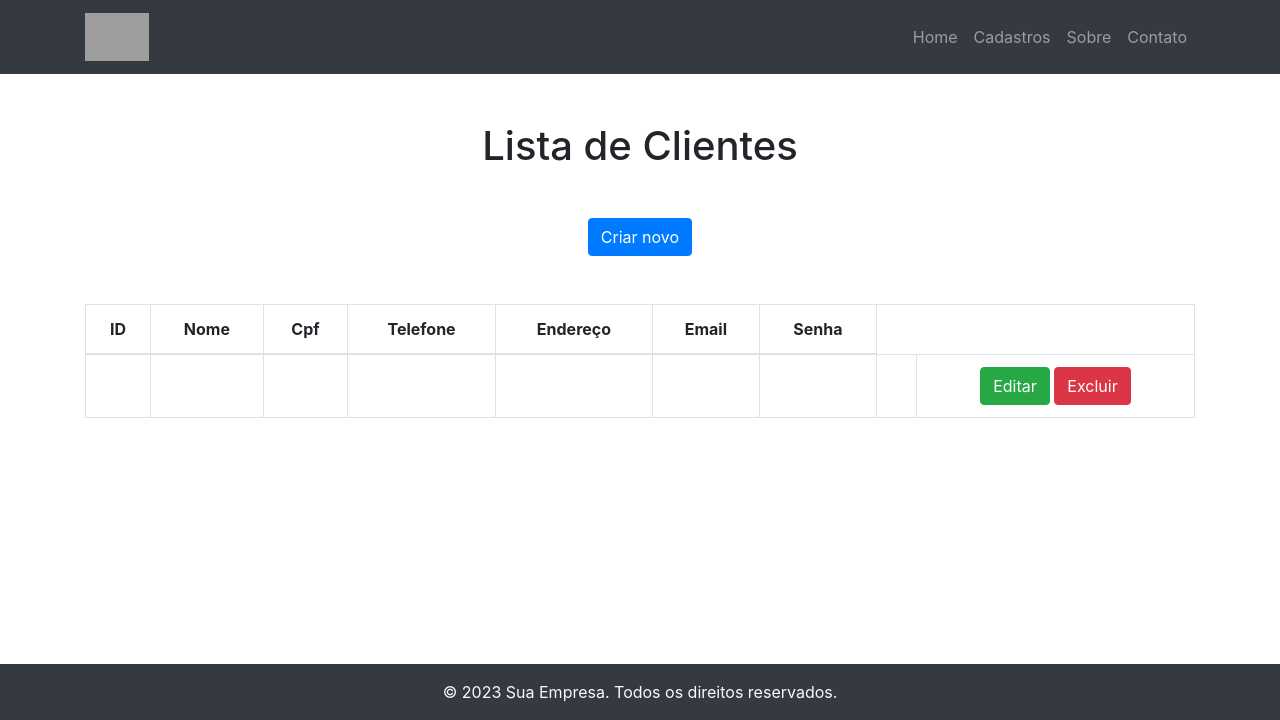
Repository: marcelledssantos/PotterTravel-MVC
Page: http://localhost/PotterTravel-MVC/ReadController
These files come from the project's save history. The page is drawn as it stood at one moment and after the next save; the edit follows.
The browser window is 1280 px wide. The pictures show the whole page.
Pictures or frames that could not be fetched are drawn as grey boxes. Some web libraries are served in a nearby version. The page is served by Tomcat 9. Other server files are loaded and not shown. Queries for data that is not in the repository find no rows.

Above is the page before, as saved 2023-10-31 20:40:45.

### PotterTravel-MVC/src/main/webapp/clientes.jsp
<%@ page language="java" contentType="text/html; charset=UTF-8"
	pageEncoding="UTF-8"%>

	<%@ taglib prefix="c" uri="http://java.sun.com/jsp/jstl/core"%>

<!DOCTYPE html>
<html>
<head>
<meta charset="UTF-8">
<title>Read and Delete</title>
<!-- Inclua o link para o Bootstrap via CDN -->
<link rel="icon" type="image/x-icon" href="./icon/favicon.ico">
<link rel="stylesheet"
	href="https://maxcdn.bootstrapcdn.com/bootstrap/4.5.2/css/bootstrap.min.css">
</head>
<body class="text-center">
    <!-- Cabeçalho -->
    <header>
        <nav class="navbar navbar-expand-lg navbar-dark bg-dark text-light">
            <div class="container">
                <a class="navbar-brand" href="#"><img src="./icon/samurai.png" height="48px"/> </a>
                <button class="navbar-toggler" type="button" data-toggle="collapse" data-target="#navbarNav" aria-controls="navbarNav" aria-expanded="false" aria-label="Toggle navigation">
                    <span class="navbar-toggler-icon"></span>
                </button>
                <div class="collapse navbar-collapse" id="navbarNav">
                    <ul class="navbar-nav ml-auto">
                        <li class="nav-item">
                            <a class="nav-link" href="./index.html">Home</a>
                        </li>
                        <li class="nav-item">
                            <a class="nav-link" href="./ReadController">Cadastros</a>
                        </li>
                        <li class="nav-item">
                            <a class="nav-link" href="#sobre">Sobre</a>
                        </li>
                        <li class="nav-item">
                            <a class="nav-link" href="#contato">Contato</a>
                        </li>
                    </ul>
                </div>
            </div>
        </nav>
    </header>
	<h1 class="mt-5">Lista de Clientes</h1>
	<div class="container mt-5">
	<a href="./Cadastro.jsp" class="btn btn-primary mb-5">Criar novo</a>
		<table class="table table-bordered">
			<thead>
				<tr>
					<th>ID</th>
					<th>Nome</th>
					<th>Cpf</th>
					<th>Telefone</th>
					<th>Endereço</th>
					<th>Email</th>
					<th>Senha</th>
				</tr>
			</thead>
			<tbody>
				<jstl:forEach items="${clientes}" var="cliente">
					<tr>
						<td>${cliente.id}</td>
						<td>${cliente.nome}</td>
						<td>${cliente.cpf}</td>
						<td>${cliente.telefone}</td>
						<td>${cliente.endereco}</td>
						<td>${cliente.email}</td>
						<td>${cliente.senha}</td>
						<td>
							<td>
							<a href="UpdateController?id=${cliente.id}" class="btn btn-success">Editar</a>
							<a href="DeleteController?id=${cliente.id}"
							class="btn btn-danger">Excluir</a>
						</td>
						</td>
					</tr>
				</jstl:forEach>
			</tbody>
		</table>
	</div>
	 <!-- Rodapé -->
    <footer class="bg-dark text-light text-center py-3 fixed-bottom">
        &copy; 2023 Sua Empresa. Todos os direitos reservados.
    </footer>
	<!-- Inclua os scripts do Bootstrap via CDN -->
	<script src="https://code.jquery.com/jquery-3.5.1.slim.min.js"></script>
	<script
		src="https://cdn.jsdelivr.net/npm/@popperjs/core@2.5.3/dist/umd/popper.min.js"></script>
	<script
		src="https://maxcdn.bootstrapcdn.com/bootstrap/4.5.2/js/bootstrap.min.js"></script>

</body>
</html>

### PotterTravel-MVC/src/main/java/controller/ReadController.java
package controller;

import java.io.IOException;
import java.util.ArrayList;
import java.util.List;
import javax.servlet.RequestDispatcher;
import javax.servlet.ServletException;
import javax.servlet.annotation.WebServlet;
import javax.servlet.http.HttpServlet;
import javax.servlet.http.HttpServletRequest;
import javax.servlet.http.HttpServletResponse;

import dao.ClienteDAO;
import model.Cliente;

@WebServlet("/ReadController")
public class ReadController extends HttpServlet {
	private static final long serialVersionUID = 1L;

	@Override
	protected void doGet(HttpServletRequest req, HttpServletResponse resp) throws ServletException, IOException {

		ClienteDAO cDAO = new ClienteDAO();
		List<Cliente> clientes = cDAO.findClientes();
		req.setAttribute("clientes", clientes);

		RequestDispatcher rd = req.getRequestDispatcher("clientes.jsp");
		rd.forward(req, resp);
	}

}

### PotterTravel-MVC/src/main/java/dao/ClienteDAO.java
package dao;

import java.sql.Connection;
import java.sql.PreparedStatement;
import java.sql.ResultSet;
import java.sql.SQLException;
import java.util.ArrayList;
import java.util.List;
import connectionDataBase.ConnectionDataBase;
import model.Cliente;

public class ClienteDAO {

	public void createCliente(Cliente cliente) {
		String sql = "INSERT INTO cliente(nome, cpf, telefone, endereco, email, senha)" + "VALUES(?,?,?,?,?,?)";

		Connection conn = null;
		PreparedStatement pstm = null;

		try {

			conn = ConnectionDataBase.createConnectionToMySQL();
			pstm = conn.prepareStatement(sql);

			pstm.setString(1, cliente.getNome());
			pstm.setString(2, cliente.getCpf());
			pstm.setString(3, cliente.getTelefone());
			pstm.setString(4, cliente.getEndereco());
			pstm.setString(5, cliente.getEmail());
			pstm.setString(6, cliente.getSenha());
			pstm.execute();

			System.out.println("Cliente criado com sucesso!");

		} catch (Exception e) {
			e.printStackTrace();
		}
	}

	public Cliente findCliente(int id) {
		Cliente cliente = null;
	  String sql = "SELECT * FROM cliente WHERE id=?";

			Connection conn = null;
			PreparedStatement pstm = null;

			ResultSet rset = null;

			try {
				conn = ConnectionDataBase.createConnectionToMySQL();
				pstm.setInt(1,  id);
				rset = pstm.executeQuery();

				if (rset.next()) {
					cliente = new Cliente();
					cliente.setId(rset.getInt("id"));
					cliente.setNome(rset.getString("nome"));
					cliente.setCpf(rset.getString("cpf"));
					cliente.setTelefone(rset.getString("telefone"));
					cliente.setEndereco(rset.getString("endereco"));
					cliente.setEmail(rset.getString("email"));
					cliente.setSenha(rset.getString("senha"));
				}

			} catch (Exception e) {
				e.printStackTrace();
			} finally {
				try {
					if (rset != null) {
						rset.close();
					}
					if (pstm != null) {
						pstm.close();
					}
					if (conn != null) {
						conn.close();
					}
				} catch (Exception e) {
					e.printStackTrace();
				}
			}
			return cliente;
		}
	public List<Cliente> findClientes() {
		String sql = "SELECT * FROM cliente";
		List<Cliente> clientes = new ArrayList<Cliente>();

		Connection conn = null;
		PreparedStatement pstm = null;

		ResultSet rset = null;

		try {
			conn = ConnectionDataBase.createConnectionToMySQL();
			pstm = conn.prepareStatement(sql);
			rset = pstm.executeQuery();

			while (rset.next()) {
				Cliente cliente = new Cliente();

				cliente.setId(rset.getInt("id"));
				cliente.setNome(rset.getString("nome"));
				cliente.setCpf(rset.getString("cpf"));
				cliente.setTelefone(rset.getString("telefone"));
				cliente.setEndereco(rset.getString("endereco"));
				cliente.setEmail(rset.getString("email"));
				cliente.setSenha(rset.getString("senha"));
				clientes.add(cliente);
			}
		} catch (Exception e) {
			e.printStackTrace();
		} finally {
			try {
				if (rset != null) {
					rset.close();
				}
				if (pstm != null) {
					pstm.close();
				}
				if (conn != null) {
					conn.close();
				}
			} catch (Exception e) {
				e.printStackTrace();
			}
		}
		return clientes;
	}
	}

### PotterTravel-MVC/src/main/java/connectionDataBase/ConnectionDataBase.java
package connectionDataBase;

import java.sql.Connection;
import java.sql.DriverManager;

public class ConnectionDataBase {

	private static final String USERNAME = "root";

	private static final String PASSWORD = "Dorgas100!";

	private static final String DATABASE_URL =
			"jdbc:mysql://localhost:3306/agencia_viagem";

	public static Connection createConnectionToMySQL() throws Exception{
		Class.forName("com.mysql.cj.jdbc.Driver");

		Connection connection =
	DriverManager.getConnection(DATABASE_URL,USERNAME,PASSWORD);
		return connection;
	}
	public static void main(String[] args) throws Exception{
		Connection con = createConnectionToMySQL();
		if(con !=null) {
			System.out.println("Conexão obtida com sucesso" + con);

		}
	}
}

After the next save:
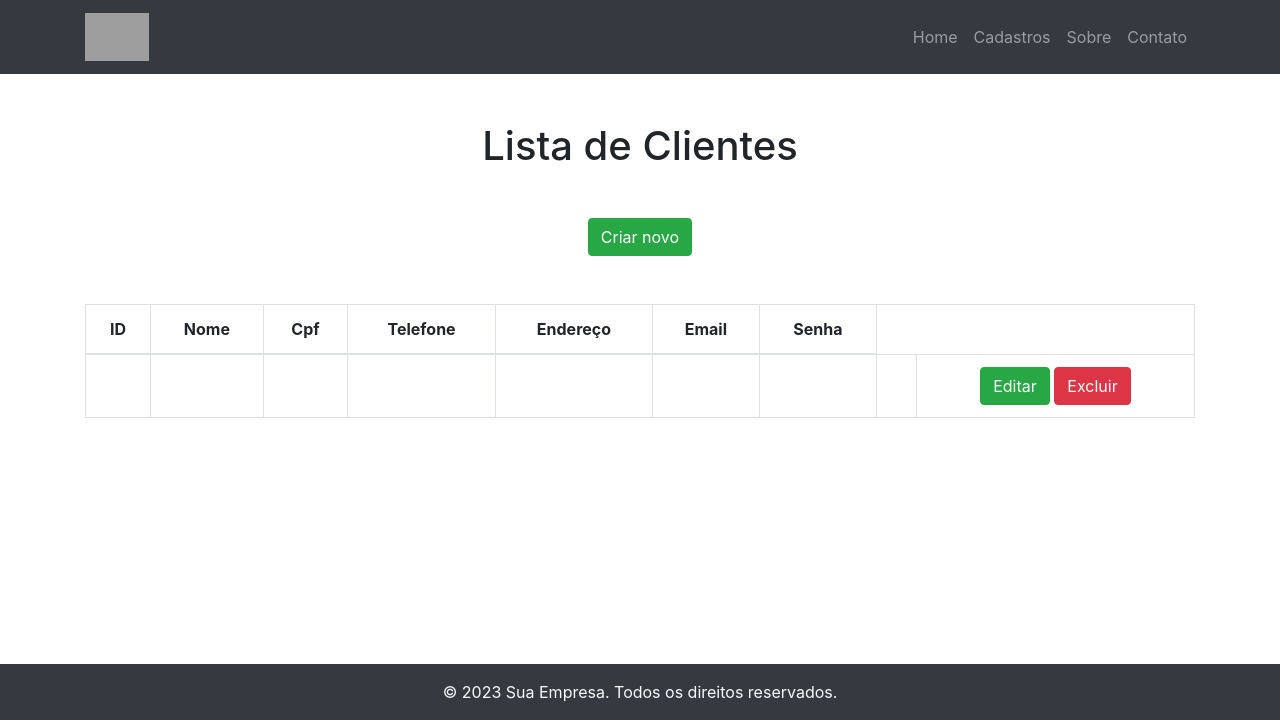
Saved 35 s later.
--- a/PotterTravel-MVC/src/main/webapp/clientes.jsp
+++ b/PotterTravel-MVC/src/main/webapp/clientes.jsp
@@ -43,7 +43,7 @@
     </header>
 	<h1 class="mt-5">Lista de Clientes</h1>
 	<div class="container mt-5">
-	<a href="./Cadastro.jsp" class="btn btn-primary mb-5">Criar novo</a>
+	<a href="./Cadastro.jsp" class="btn btn-success mb-5">Criar novo</a>
 		<table class="table table-bordered">
 			<thead>
 				<tr>
